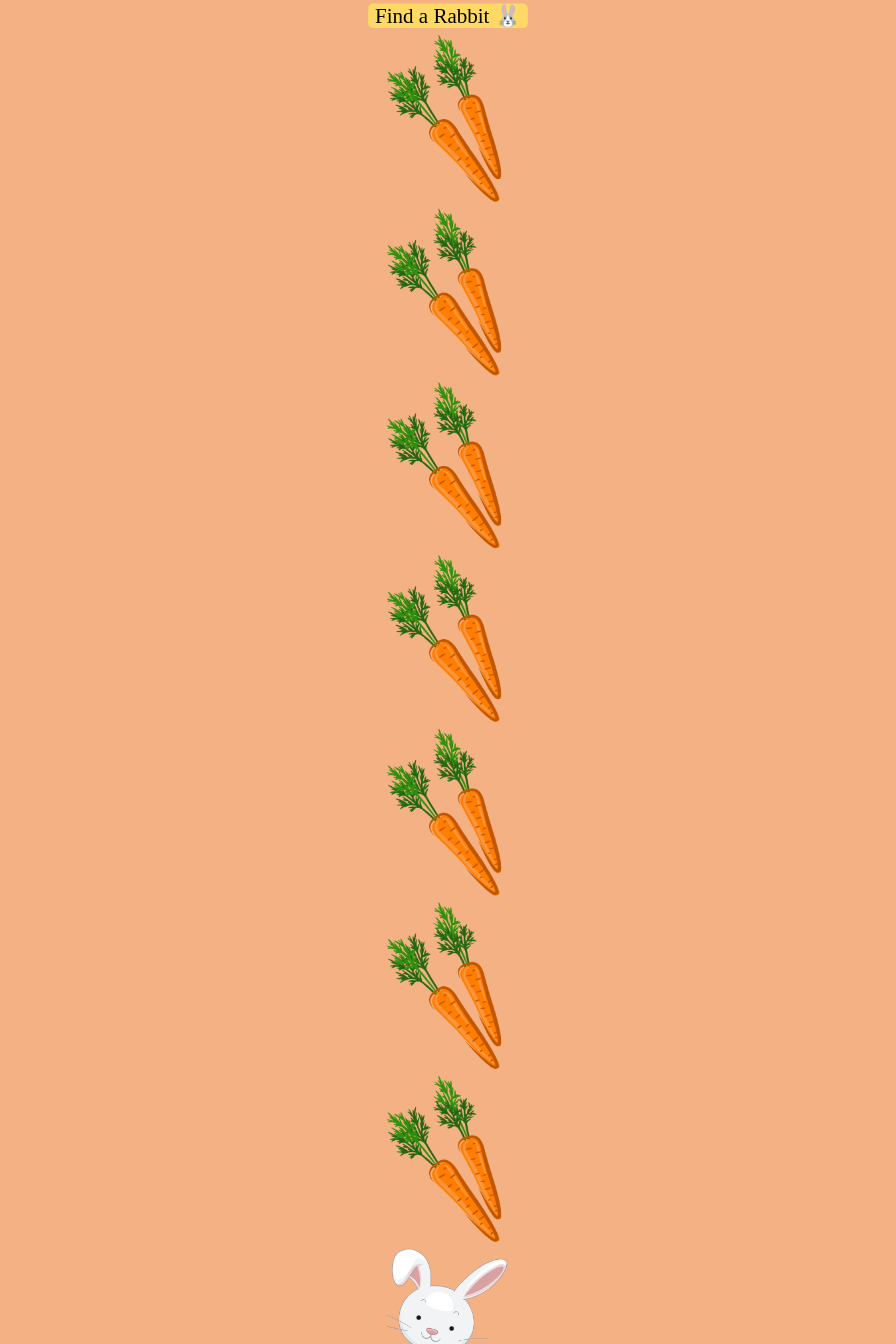
Repository: sephinejo/frontend-browser-101
Page: browser/practice-find-rabbit/index.html
An editor plug-in stored every save of this project. The page is shown before and after a run of saves, followed by the edit.
The browser window is 1280 px wide. The pictures show the part of the page from y = 0 to 1920 px (the page is 2986 px tall before and 3016 px after), at 70% of full size.
Some web fonts or font styles are not loaded; a fallback is used.

Above is the page before, as saved 2023-05-10 21:16:15.

After the next 3 saves:
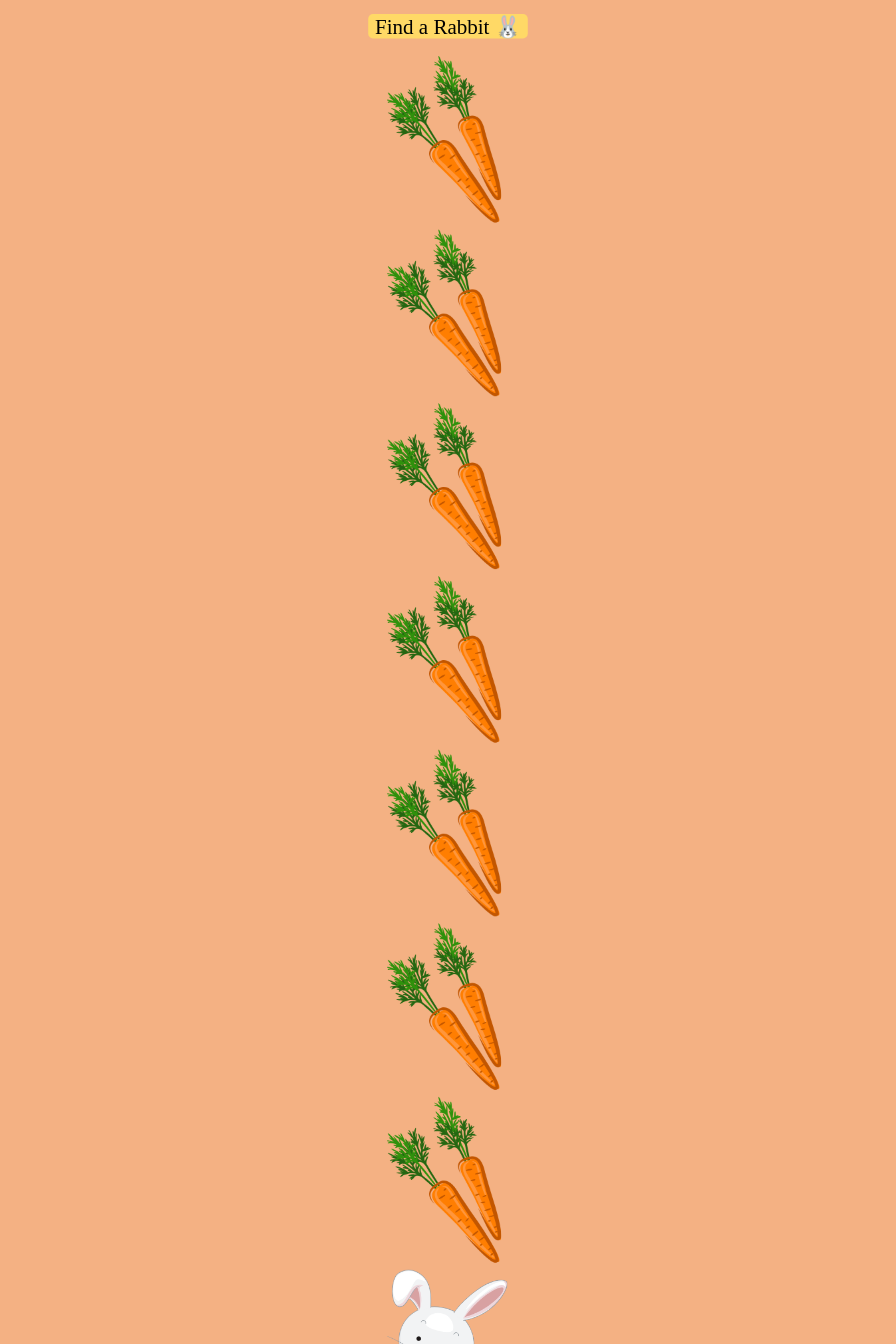
The 3 saves are shown as one change because they came seconds apart.
The last was saved 26 s later.
--- a/browser/practice-find-rabbit/index.html
+++ b/browser/practice-find-rabbit/index.html
@@ -22,7 +22,7 @@
       button {
         border-style: none;
         border-radius: 7px;
-        margin: 5px;
+        margin: 20px 0;
         padding: 0 10px;
         background-color: #ffd966;
         font-size: 30px;
